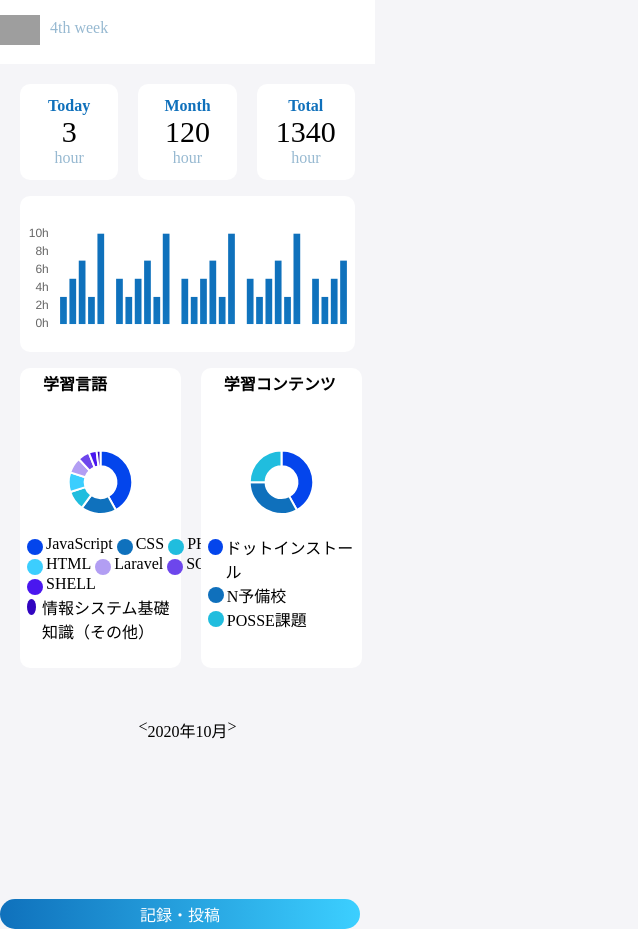
Repository: posse-ap/gen2.0-kamibayasitaito
Page: app/app.html
The author's editor kept a copy of each file at every save. The page is drawn from the files as they stood at one save, then again after a run of saves.
The browser window is 375 px wide. The page is 638 px wide, so the pictures cover 638 px, including what lies to the right of the window. The pictures show the whole page.
Pictures or frames that could not be fetched are drawn as grey boxes. Some web libraries are served in a nearby version.

Above is the page before, as saved 2021-11-26 18:53:33.

After the next 2 saves:
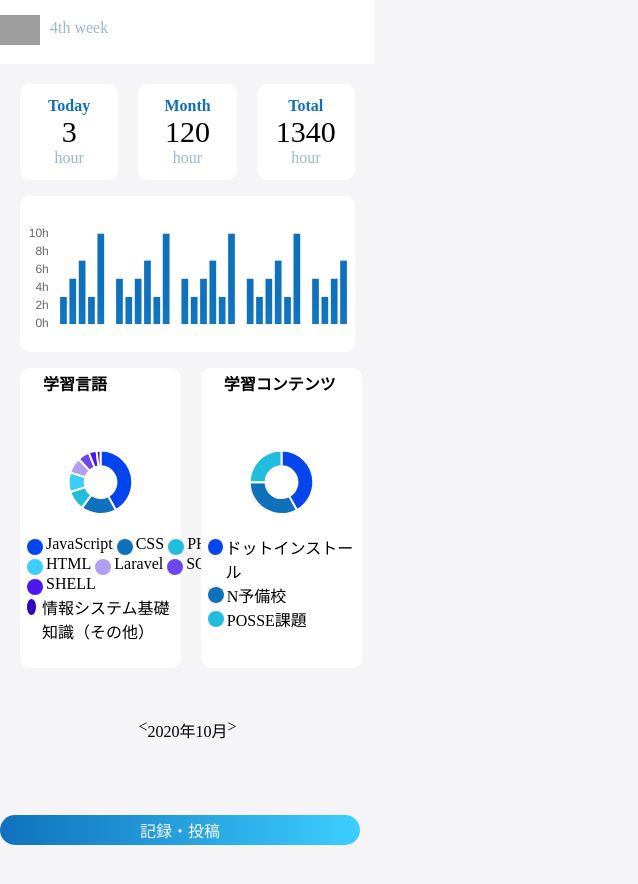
The 2 saves are shown as one change because they came seconds apart.
The last was saved 10 s later.
--- a/app/app_smartphone.css
+++ b/app/app_smartphone.css
@@ -326,7 +326,7 @@
               transform: translateY(50%);
              border-radius: 30px;
               background: linear-gradient(to right,#0f71bc,#3ccfff);
-              bottom: -;
+              bottom: -30px;
               cursor: pointer;
         }
 
